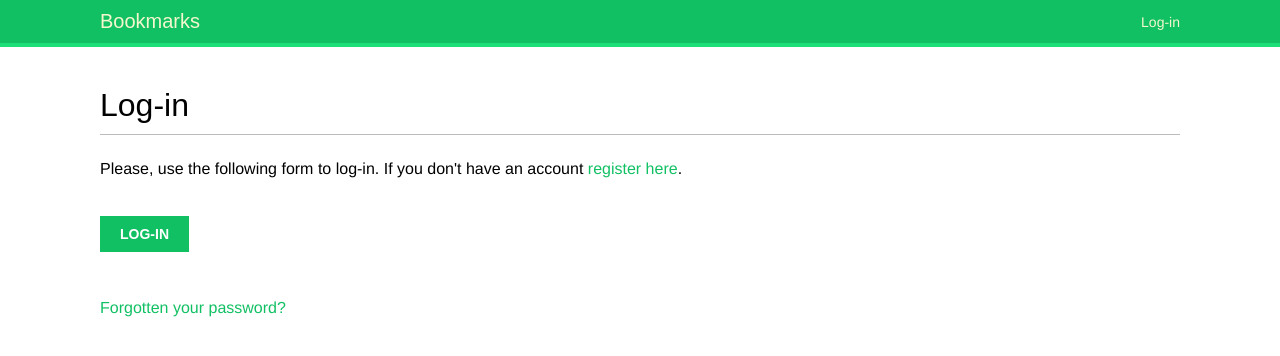
Repository: shahzaib512/social-website-project
Page: account/templates/registration/login.html
An editor plug-in stored every save of this project. The page is shown before and after the next save, followed by the edit.
The browser window is 1280 px wide. The pictures show the whole page.
Some web fonts or font styles are not loaded; a fallback is used. The template is drawn by Django 4.2. The application's start-up code is not run. The template is opened directly, without the code that normally fills it, so the values that code supplies are empty.

Above is the page before, as saved 2024-01-11 14:46:34.

After the next save:
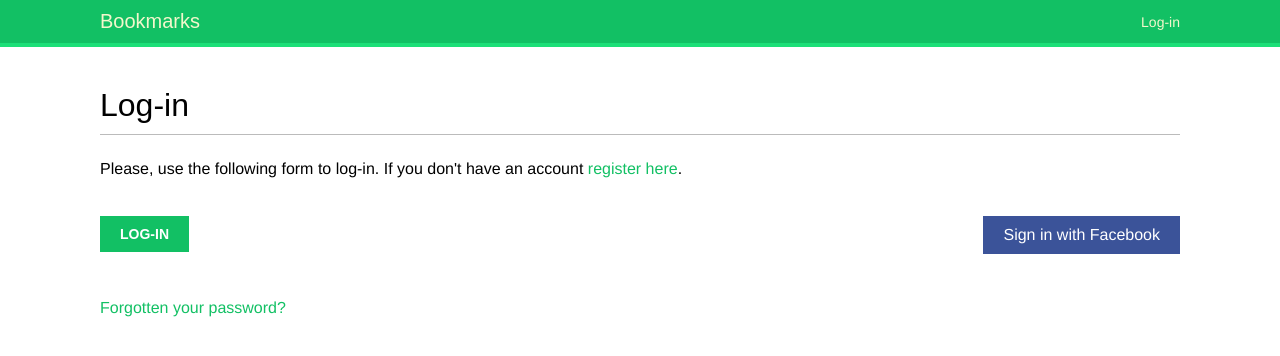
Saved 8 min 34 s later.
--- a/account/templates/registration/login.html
+++ b/account/templates/registration/login.html
@@ -28,4 +28,13 @@
       </a>
     </p>
   </div>
+  <div class="social">
+    <ul>
+      <li class="facebook">
+        <a href="{% url "social:begin" "facebook" %}">
+          Sign in with Facebook
+        </a>
+      </li>
+    </ul>
+  </div>
 {% endblock %}
